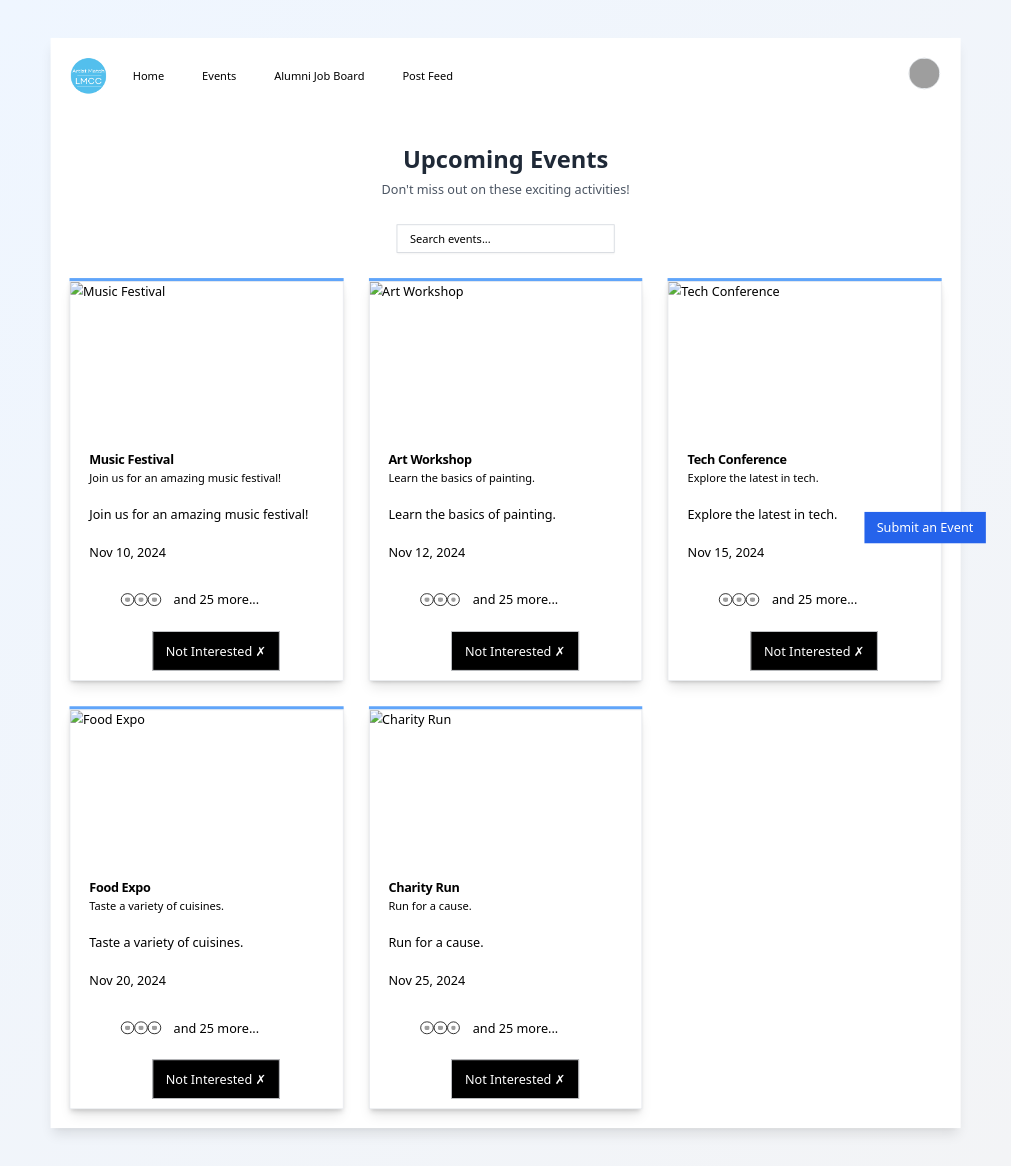
Repository: cfgcolumbus24/Team-12
Page: /events (app in lmcc-ui/)
The author's editor kept a copy of each file at every save. The page is drawn from the files as they stood at one save, then again after the next save.
The browser window is 1280 px wide. The pictures show the whole page, at 79% of full size.
Pictures or frames that could not be fetched are drawn as grey boxes. The project was rebuilt for these pictures with package versions that can differ from the ones it lists, and the page was loaded fresh each time. The framework's server and built-in components were replaced by stand-ins that run in the browser. Also part of the build but not shown: lmcc-ui/next.config.mjs.

Above is the page before, as saved 2024-11-02 01:59:36.

After the next save:
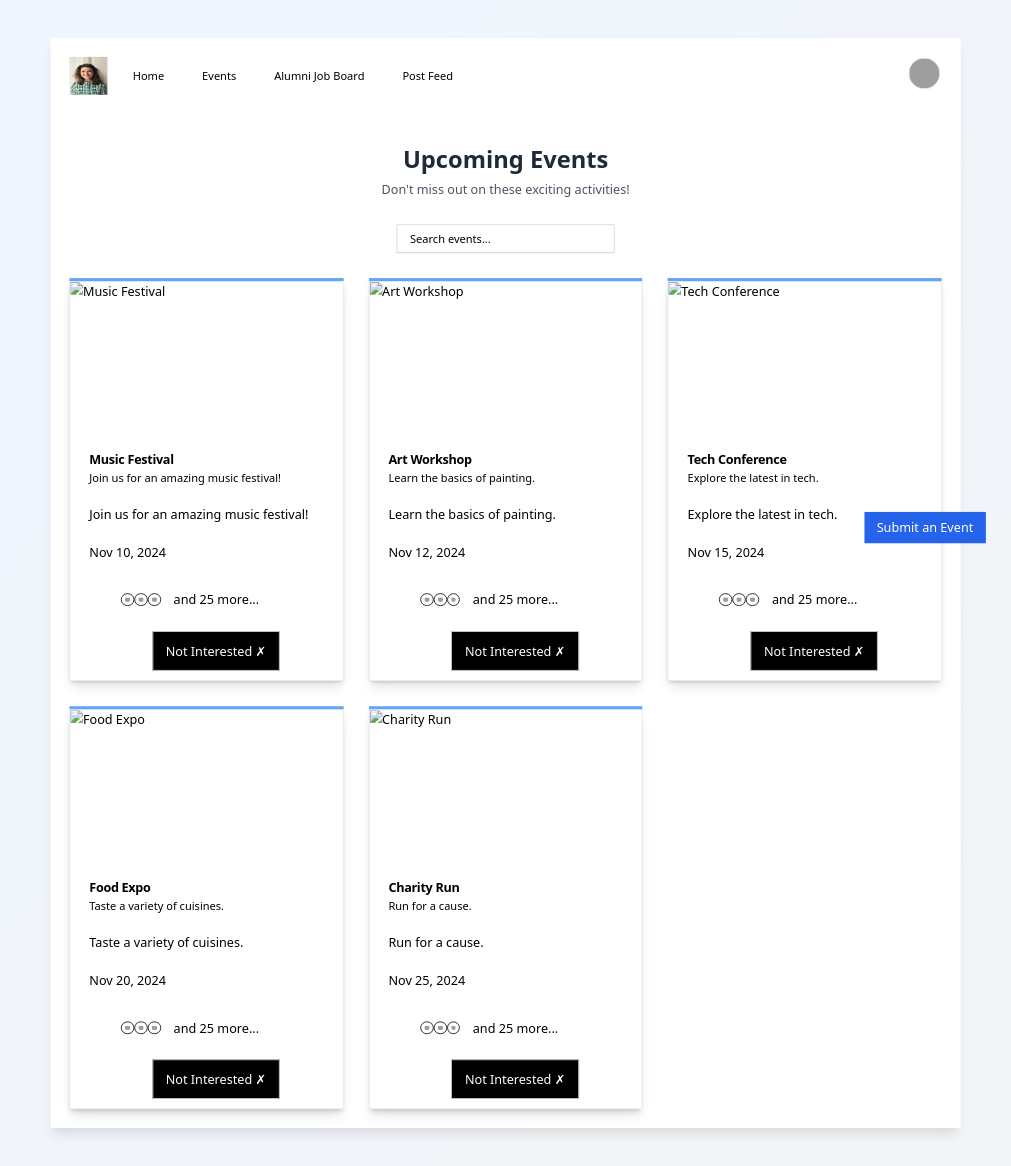
Saved 20 s later.
--- a/lmcc-ui/src/components/ui/Navbar.js
+++ b/lmcc-ui/src/components/ui/Navbar.js
@@ -22,7 +22,7 @@ export default function Navbar() {
           <NavigationMenuItem>
             <Link href="/home">
               <Image
-                src="/assets/logo.png"
+                src="/assets/stock1.jpeg"
                 alt="Logo"
                 width={100}
                 height={100}
